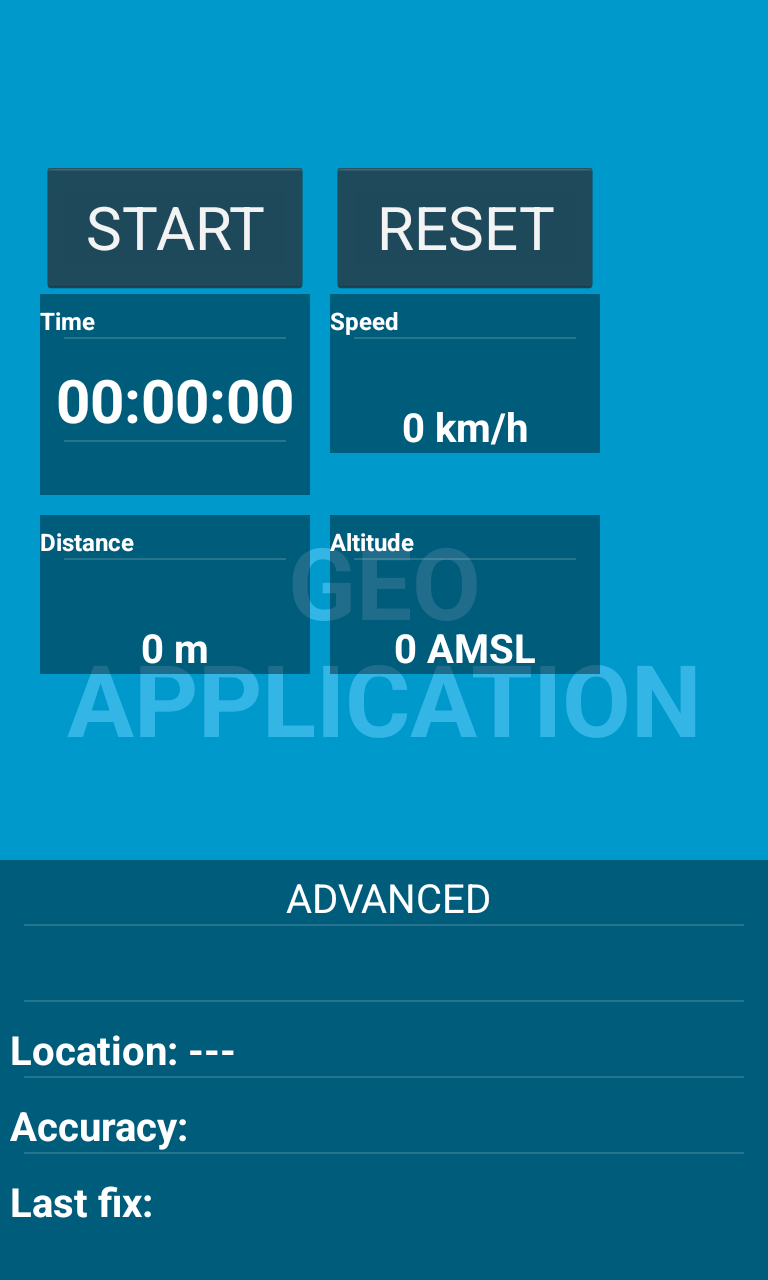
Repository: sebastianR1001/GeoApplication
Layout: GeoApplication/res/layout/activity_fullscreen.xml
These files come from the project's save history. The layout is drawn as it stood at one moment and after the next save; the edit follows.
It is drawn on a 768 x 1280 px phone screen (xhdpi) without system bars, with theme FullscreenTheme; the app's code is not run.

Above is the layout before, as saved 2014-10-24 18:33:47.

After the next save:
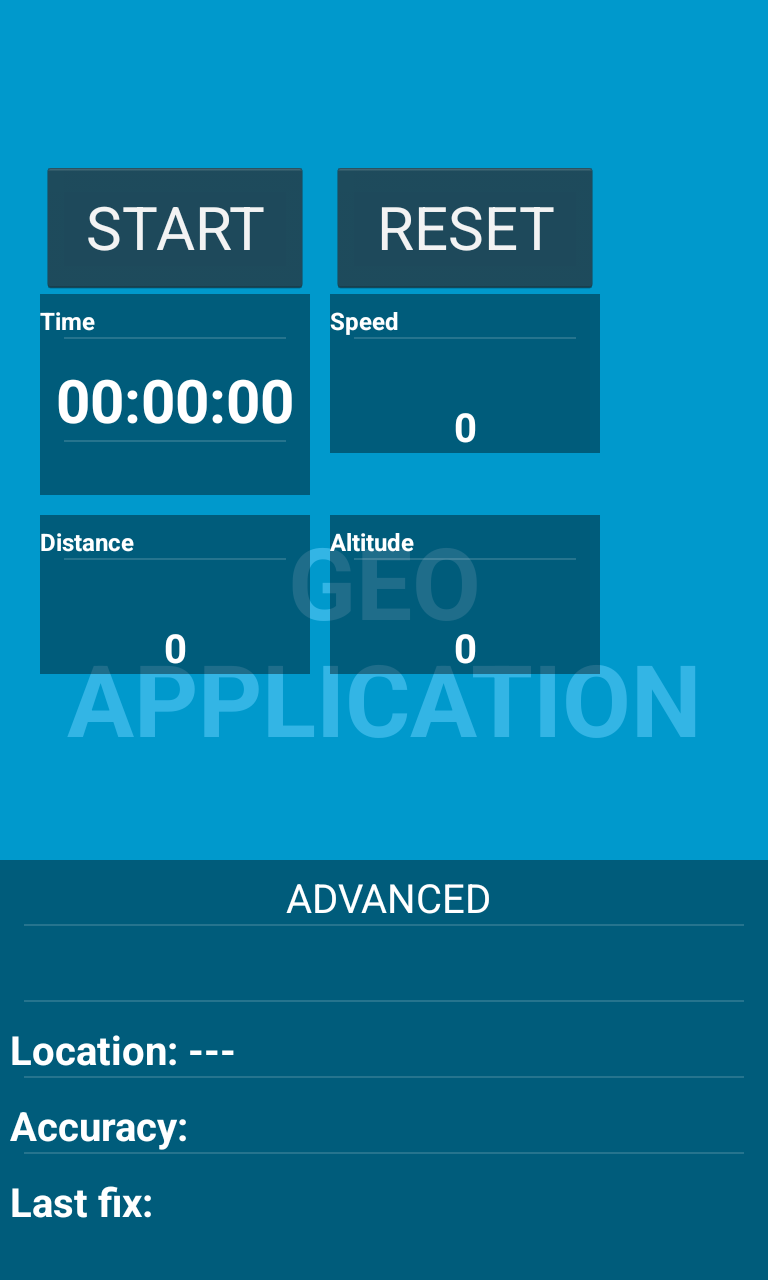
Saved 3 min 35 s later.
--- a/GeoApplication/res/values/strings.xml
+++ b/GeoApplication/res/values/strings.xml
@@ -7,13 +7,16 @@
     <string name="geo_application">GEO\nAPPLICATION</string>
     <string name="location">Location: ---</string>
     <string name="speedText">Speed</string>
-    <string name="speed">0 km/h</string>
+    <string name="speed">0</string>
+    <string name="speedUnit">km/h</string>
     <string name="time">00:00:00</string>
     <string name="timeText">Time</string>
     <string name="accuracy">Accuracy:</string>
-    <string name="distance">0 m</string>
+    <string name="distance">0</string>
+    <string name="distanceUnit">m</string>
     <string name="distanceText">Distance</string>
-    <string name="altitude">0 AMSL</string>
+    <string name="altitude">0</string>
+    <string name="altitudeUnit">0 AMSL</string>
     <string name="altitudeText">Altitude</string>
     <string name="last_fix">Last fix:</string>
 
